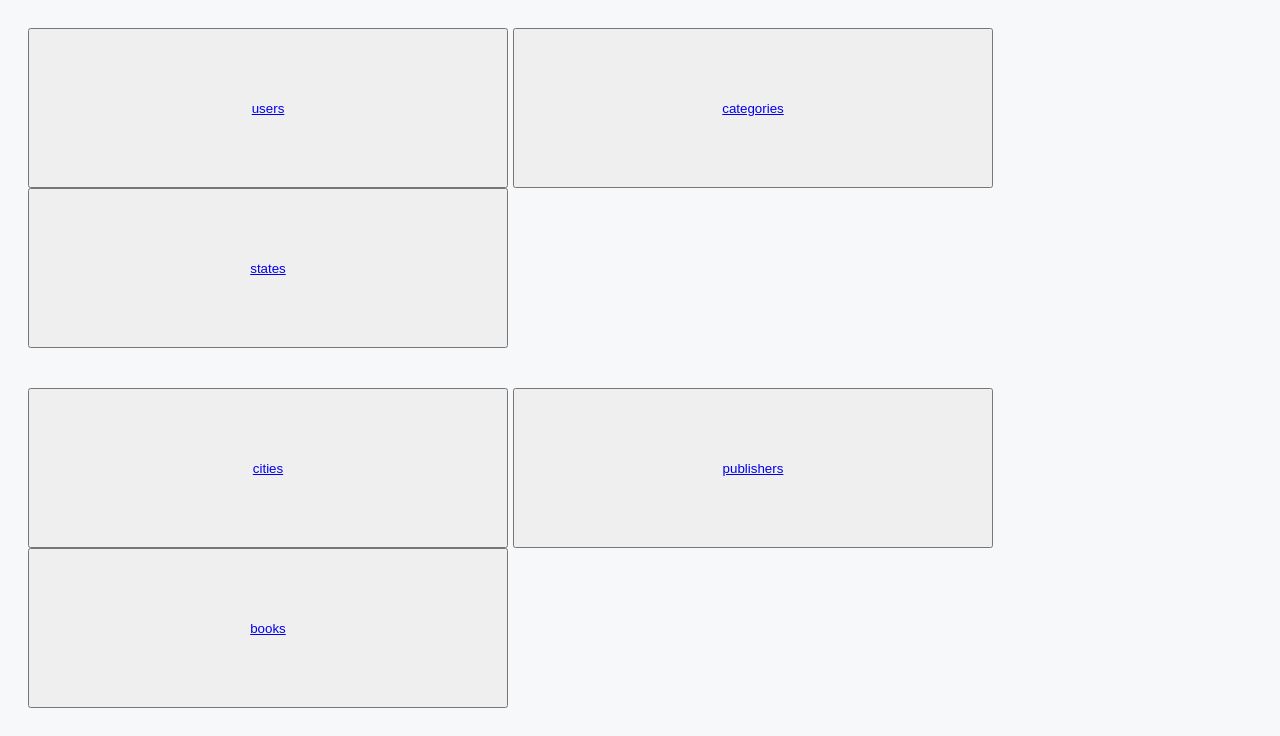
Repository: fontanive12/Biblioteca
Page: front/paginaInicial.html
An editor plug-in stored every save of this project. The page is shown before and after the next save, followed by the edit.
The browser window is 1280 px wide. The pictures show the whole page.

Above is the page before, as saved 2022-09-05 17:21:11.

After the next save:
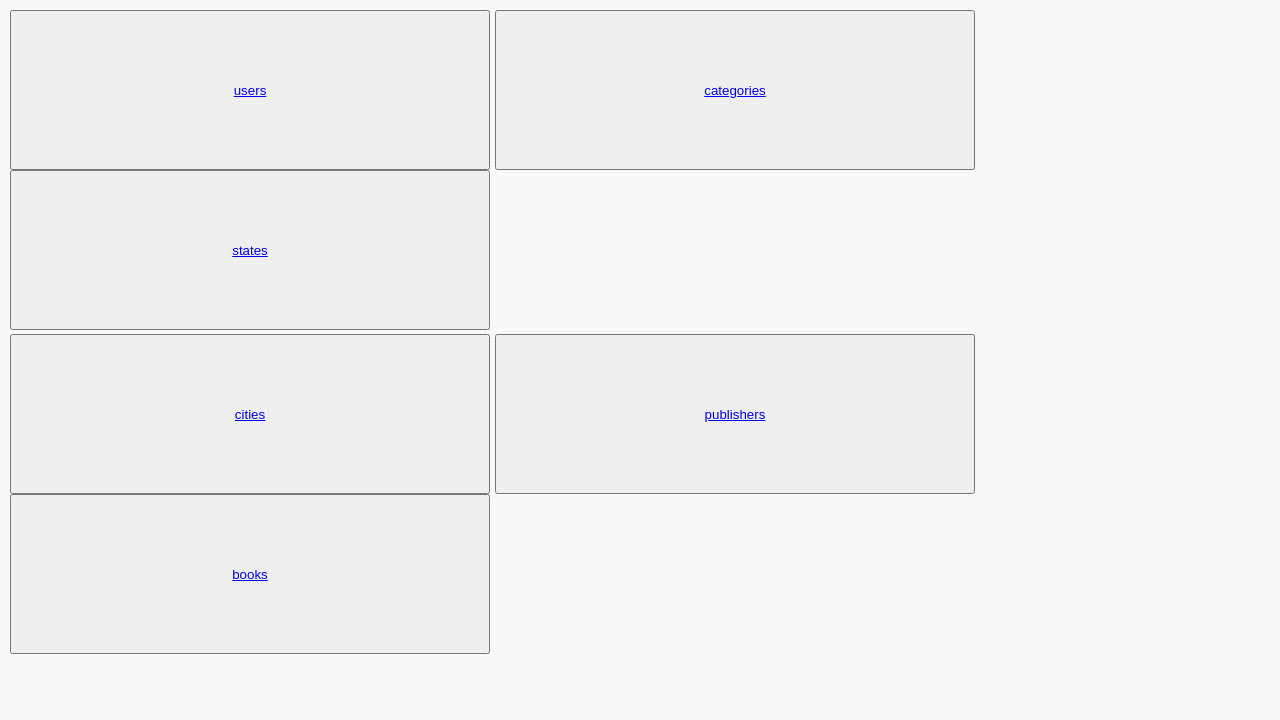
Saved 5 s later.
--- a/front/styles.css
+++ b/front/styles.css
@@ -14,7 +14,7 @@ td {
 .containerButtons {
   max-width: 100rem;
   /* margin: 1rem; */
-  padding: 20px
+  padding: 2px
 }
 
 .buttonMenu {
